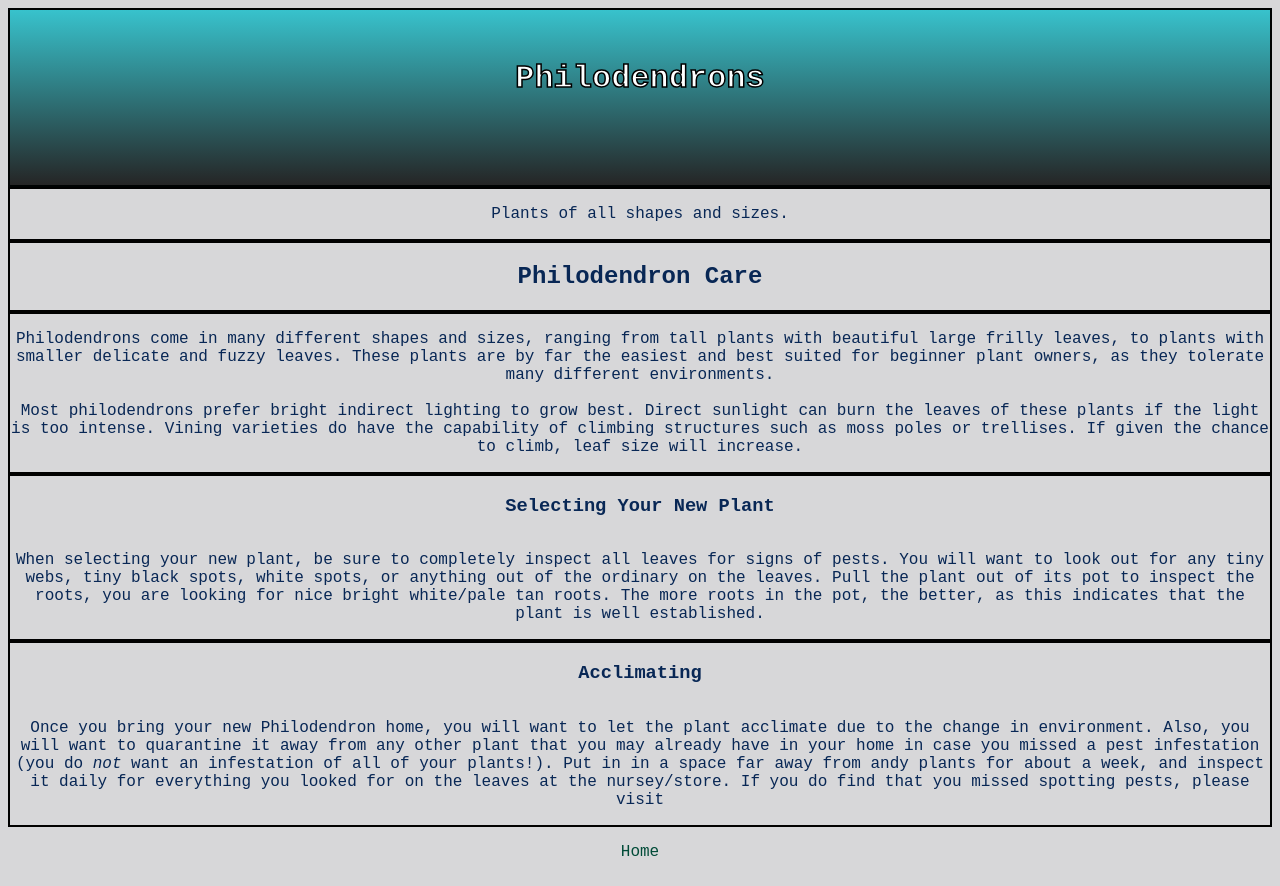
Repository: swillis91/odin-recipies
Page: Planty Page/philodendrons.html
These files come from the project's save history. The page is drawn as it stood at one moment and after the next save; the edit follows.
The browser window is 1280 px wide. The pictures show the whole page.

Above is the page before, as saved 2023-08-14 23:48:03.

### Planty Page/philodendrons.html
<!DOCTYPE html>
    <html>
        <head>
            <title>Calatheas</title>
            <link href="style.css" rel="stylesheet"
        </head>
        <body>
            <div class="Header">
            <h1 class="heading">Philodendrons</h1>
            </div>
            <div class="box">
              <p>Plants of all shapes and sizes.</p>
            </div>
            <div class="box">
            <h2 class="species">Philodendron Care</h2>
            </div>
            <div class="box">
                <p class="care">Philodendrons come in many different shapes and sizes, ranging from tall plants with beautiful large frilly leaves, to plants with smaller delicate and fuzzy leaves. These plants are by far the easiest and best suited for beginner plant owners, as they tolerate many different environments.
                <br>
                <br>
                Most philodendrons prefer bright indirect lighting to grow best. Direct sunlight can burn the leaves of these plants if the light is too intense. Vining varieties do have the capability of climbing structures such as moss poles or trellises. If given the chance to climb, leaf size will increase.</p>
            </div>
            <div class="box">
                <h3>Selecting Your New Plant</h3>
                <p>When selecting your new plant, be sure to completely inspect all leaves for signs of pests. You will want to look out for any tiny webs, tiny black spots, white spots, or anything out of the ordinary on the leaves. Pull the plant out of its pot to inspect the roots, you are looking for nice bright white/pale tan roots. The more roots in the pot, the better, as this indicates that the plant is well established.</p>
            </div>
            <div class="box">
                <h3>Acclimating</h3>
                <p>Once you bring your new Philodendron home, you will want to let the plant acclimate due to the change in environment. Also, you will want to quarantine it away from any other plant that you may already have in your home in case you missed a pest infestation (you do <em>not</em> want an infestation of all of your plants!). Put in in a space far away from andy plants for about a week, and inspect it daily for everything you looked for on the leaves at the nursey/store. If you do find that you missed spotting pests, please visit <a href='./problems'></a></p>
            </div>
              </p>
                <!--img src="./Images/makoyana.webp" id="calathea makoyana" width="700px"-->
            <footer>
                <nav>
                    <a href="./index.html" class="navigation">Home</a>

                </nav>
            </footer>
        </body>
    </html>

### Planty Page/style.css
body{
    background-color: rgb(215, 215, 217);
    color:rgb(8, 39, 85);
    text-align: center;
    font-family: 'Permanent Marker', cursive;
    font-family: 'Space Mono', monospace;
}

.heading{
    color: rgb(0, 0, 0);
    -webkit-text-fill-color: rgb(255, 255, 255);
    -webkit-text-stroke-width: 1.5px;
    -webkit-text-stroke-color: rgb(0, 0, 0);
    text-transform: capitalize;
    border: 2px solid rgb(0, 3, 3);
    background-image: linear-gradient(rgba(15, 189, 201, 0.795), rgba(0, 0, 0, 0.827));
    height: 75px;
    margin: 0 auto;
    padding:50px 20px;

}

div.box{
    border:2px solid black;
    display: flex;
    margin-left: auto;
    flex-direction:column;
    align-content: center;
}

#calathea-makoyana{
    width: 500px;
    Height: auto:
}

.navigation{
    color:rgb(1, 75, 56);
    text-decoration: none;
}

a:hover{
    color: rgb(20, 220, 2);
    background-color: rgb(5, 55, 1);
}

After the next save:
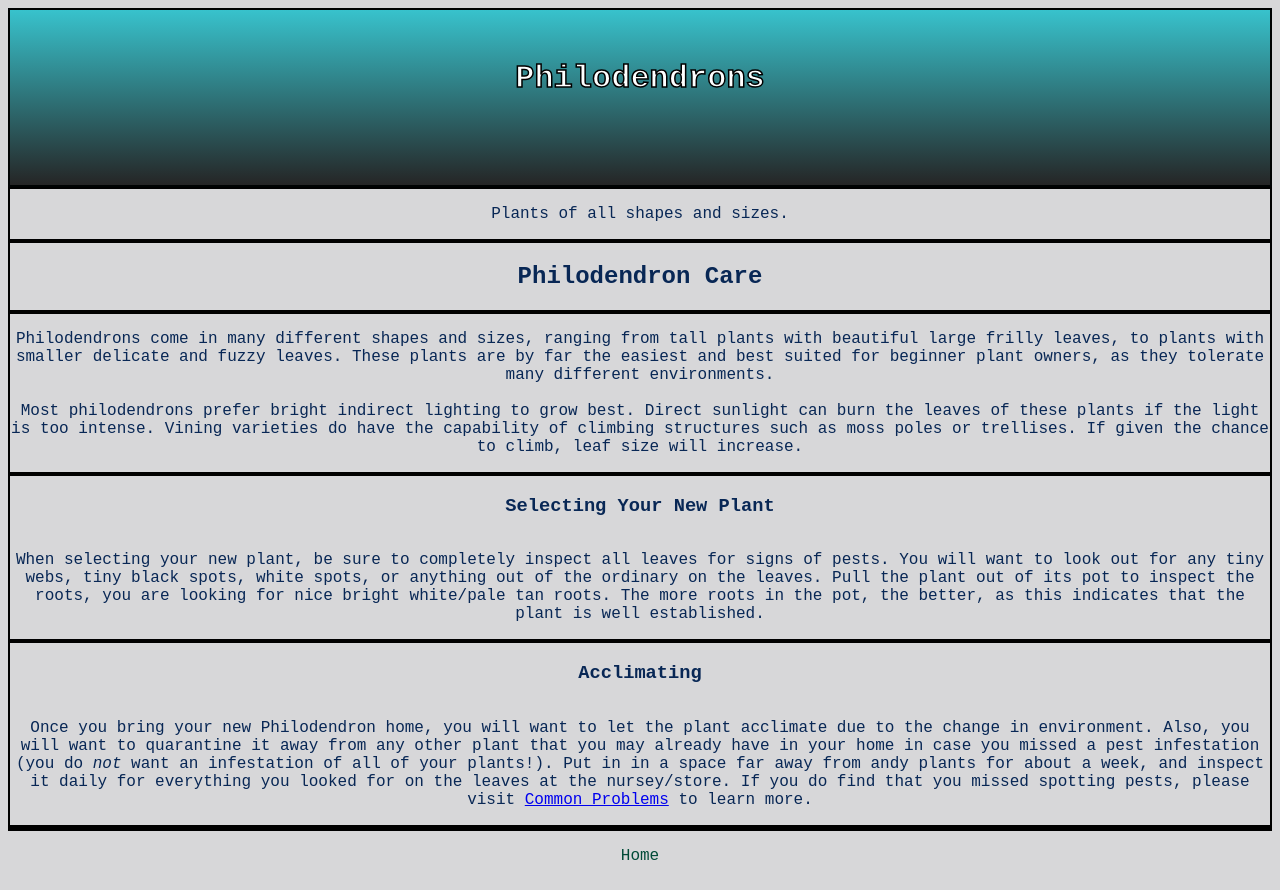
Saved 41 s later.
--- a/Planty Page/philodendrons.html
+++ b/Planty Page/philodendrons.html
@@ -26,7 +26,10 @@
             </div>
             <div class="box">
                 <h3>Acclimating</h3>
-                <p>Once you bring your new Philodendron home, you will want to let the plant acclimate due to the change in environment. Also, you will want to quarantine it away from any other plant that you may already have in your home in case you missed a pest infestation (you do <em>not</em> want an infestation of all of your plants!). Put in in a space far away from andy plants for about a week, and inspect it daily for everything you looked for on the leaves at the nursey/store. If you do find that you missed spotting pests, please visit <a href='./problems'></a></p>
+                <p>Once you bring your new Philodendron home, you will want to let the plant acclimate due to the change in environment. Also, you will want to quarantine it away from any other plant that you may already have in your home in case you missed a pest infestation (you do <em>not</em> want an infestation of all of your plants!). Put in in a space far away from andy plants for about a week, and inspect it daily for everything you looked for on the leaves at the nursey/store. If you do find that you missed spotting pests, please visit <a href='./problems'>Common Problems</a> to learn more.</p>
+            </div>
+            <div class="box">
+
             </div>
               </p>
                 <!--img src="./Images/makoyana.webp" id="calathea makoyana" width="700px"-->
